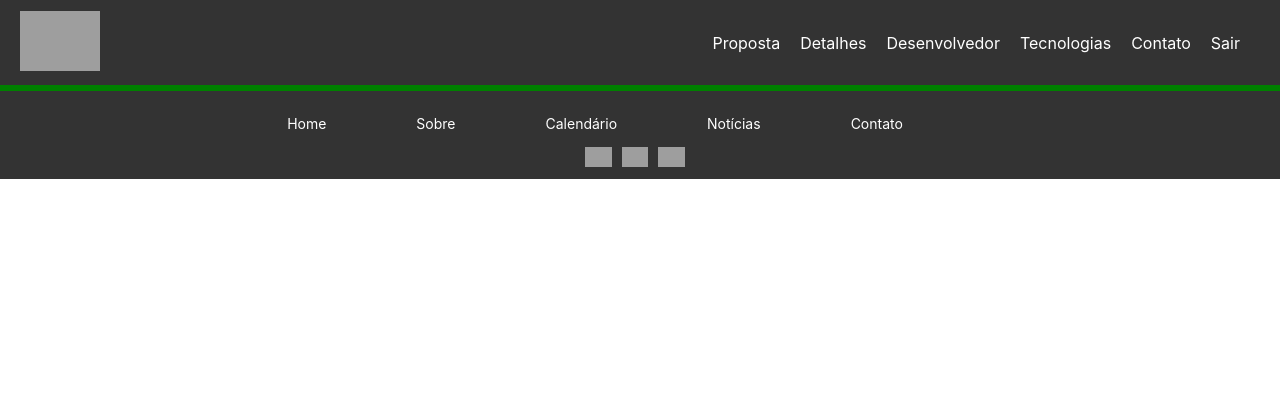
Repository: gustavo-eng/TheFightDay
Page: /home (app in Client/frontend/)
An editor plug-in stored every save of this project. The page is shown before and after the next save, followed by the edit.
The browser window is 1280 px wide. The pictures show the whole page.
Pictures or frames that could not be fetched are drawn as grey boxes. The project was rebuilt for these pictures with package versions that can differ from the ones it lists, and the page was loaded fresh each time. Also part of the build but not shown: Client/frontend/src/pages/Home.js, Client/frontend/src/Components/login.css.

Above is the page before, as saved 2023-06-03 23:28:43.

After the next save:
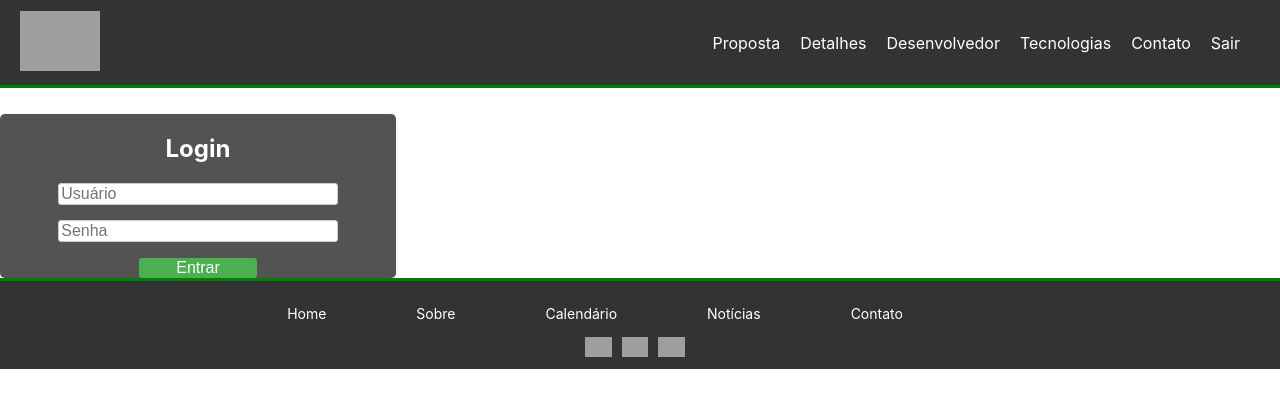
Saved 26 s later.
--- a/Client/frontend/src/pages/Login.js
+++ b/Client/frontend/src/pages/Login.js
@@ -5,6 +5,7 @@ import { useNavigate } from 'react-router-dom';
 
 
 //css
+import FormLogin from '../Components/FormLogin';
 import '../Components/login.css';
 
 const LoginScreen  = (props) => {
@@ -38,11 +39,7 @@ const LoginScreen  = (props) => {
 /*  colocar tudo isso no component  <formLogin />*/
 
     return (
-
-            <div >
-
-            </div>
-
+        <FormLogin />
     )
 }
 
